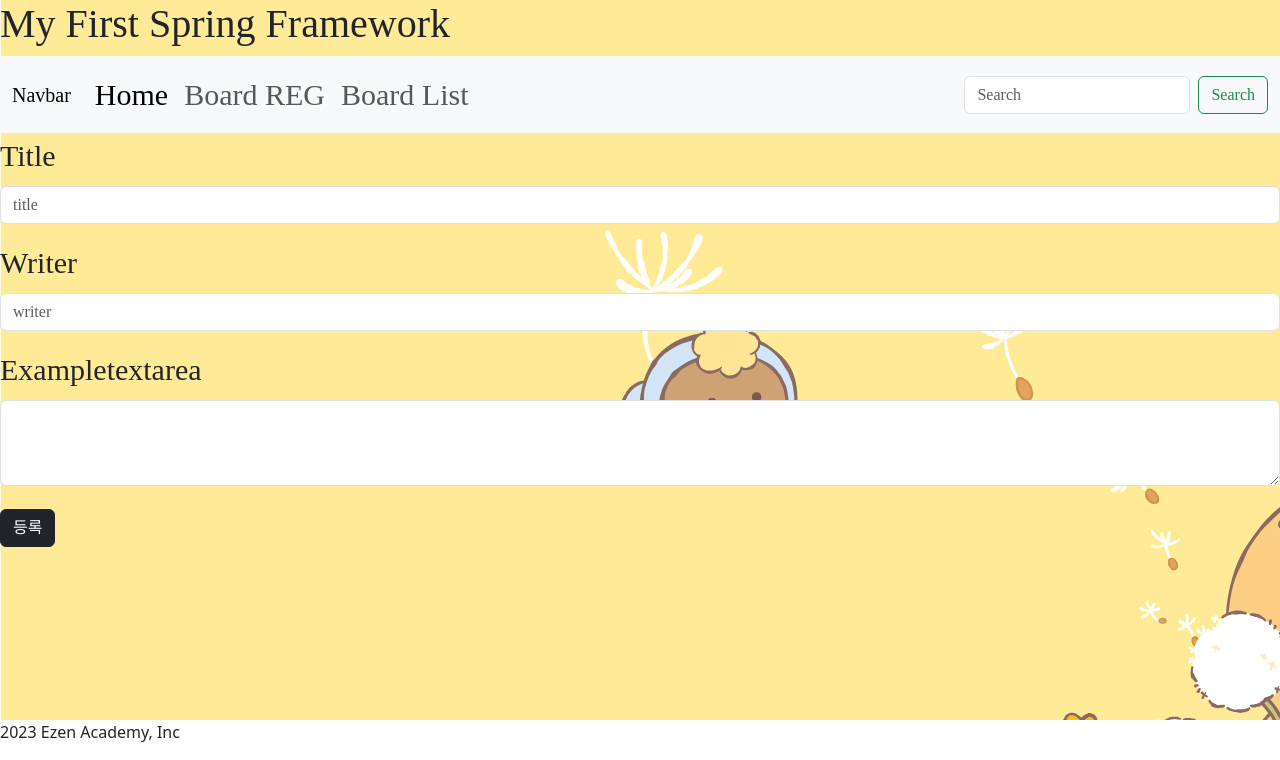
Repository: dfhdfhdfsza/springFinal
Page: http://localhost/springFinal/WEB-INF/views/board/register.jsp
These files come from the project's save history. The page is drawn as it stood at one moment and after the next save; the edit follows.
The browser window is 1280 px wide. The pictures show the whole page.
The page is served by Tomcat 9. Nobody is signed in. The template is opened directly, without the code that normally fills it, so the values that code supplies are empty.

Above is the page before, as saved 2023-10-18 12:38:21.

After the next save:
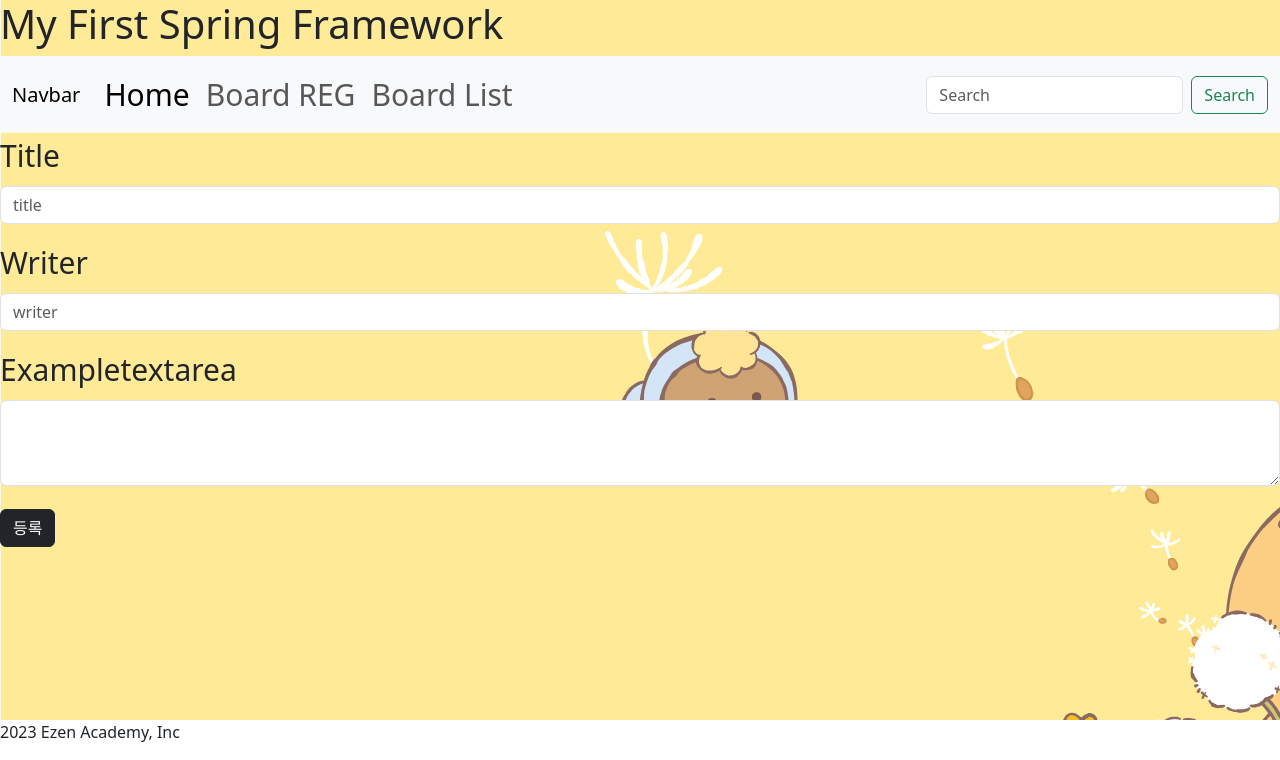
Saved 18 s later.
--- a/springFinal/src/main/webapp/WEB-INF/views/common/header.jsp
+++ b/springFinal/src/main/webapp/WEB-INF/views/common/header.jsp
@@ -14,7 +14,6 @@
 	background-image:url("/resources/img/5930863e97f731536cdc440539eed2d3073c874a.jpg");
 	width: 100%;
 	height: 100vh;
-	font-family: 'Nanum Pen Script', cursive;
 	font-size:30px;
 	}
 	@font-face {
